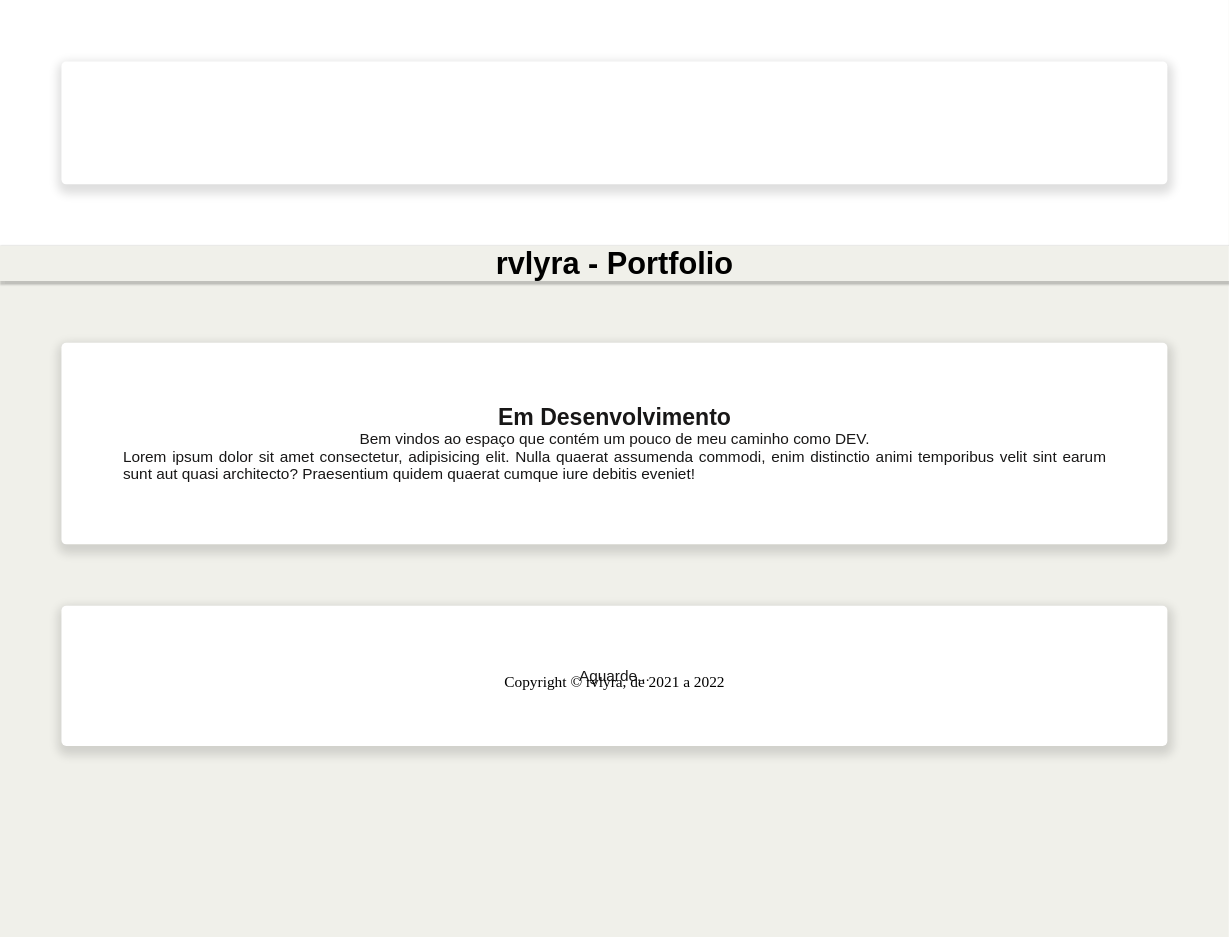
Repository: rvlyra/splash-screen-rvlyra
Page: Portfolio-RVLYRA/public/index.html
An editor plug-in stored every save of this project. The page is shown before and after the next save, followed by the edit.
The browser window is 1280 px wide. The pictures show the whole page, at 96% of full size.
Some web fonts or font styles are not loaded; a fallback is used.

Above is the page before, as saved 2022-07-06 09:45:21.

### Portfolio-RVLYRA/public/index.html
<!DOCTYPE html>
<html lang="en">
<head>
    <meta charset="UTF-8">
    <meta http-equiv="X-UA-Compatible" content="IE=edge">
    <meta name="viewport" content="width=device-width, initial-scale=1.0">
    <link rel="stylesheet" href="../assets/src/css/rl.main.css">
    <title>rvlyra @ Portfolio</title>
</head>
<body>
    <section></section>
    <main>

        <header class="header">
            <h1>rvlyra - Portfolio</h1>
        </header>

        <section class="sec-one">
            <h2>Em Desenvolvimento</h2>
            <p>Bem vindos ao espaço que contém um pouco de meu caminho como DEV.</p>
            <p>Lorem ipsum dolor sit amet consectetur, adipisicing elit. Nulla quaerat assumenda commodi, enim distinctio animi temporibus velit sint earum sunt aut quasi architecto? Praesentium quidem quaerat cumque iure debitis eveniet!</p>
        </section>
        <section>
            Aguarde...

        </section>



        <footer class="footer">
            <p>Copyright © rvlyra, de 2021 a <span id="ano"></span></p>
        </footer>

    </main>

      <script src="../assets/src/js/rl.main.js"></script>
</body>
</html>

### Portfolio-RVLYRA/assets/src/css/rl.main.css
@import url('https://fonts.googleapis.com/css2?family=Mingzat&display=swap');

* {
    margin: 0;
    padding: 0;
    box-sizing: border-box;
}

.header {
    font-family: 'Mingzat', sans-serif;
    display:flex;
    justify-content:center;
    align-items:center;
    box-shadow: 2px 2px 2px 2px rgba(0, 0, 0, 0.2);
}

main {
    background-color: rgb(240, 240, 234);
    width:100vw;
    height:100vh;
}

section {
    font-family: 'Mingzat', sans-serif;
    display:flex;
    justify-content:space-evenly;
    align-items:center;
    flex-direction: column;
    color: rgb(24, 23, 23);
    text-align: justify;
    margin: 5%;
    padding: 5%;
    border-radius: 5px;
    box-shadow: 1px 5px 10px 5px rgba(0, 0, 0, 0.13);

    background-color:rgb(255, 255, 255);

}

.footer {
    width: 100%;
    bottom: 0;
    position: fixed;
    text-align: center;
}

### Portfolio-RVLYRA/assets/src/js/rl.main.js
const ano = document.getElementById("ano");
const anoAtual = new Date();
ano.innerHTML = anoAtual.getFullYear();

After the next save:
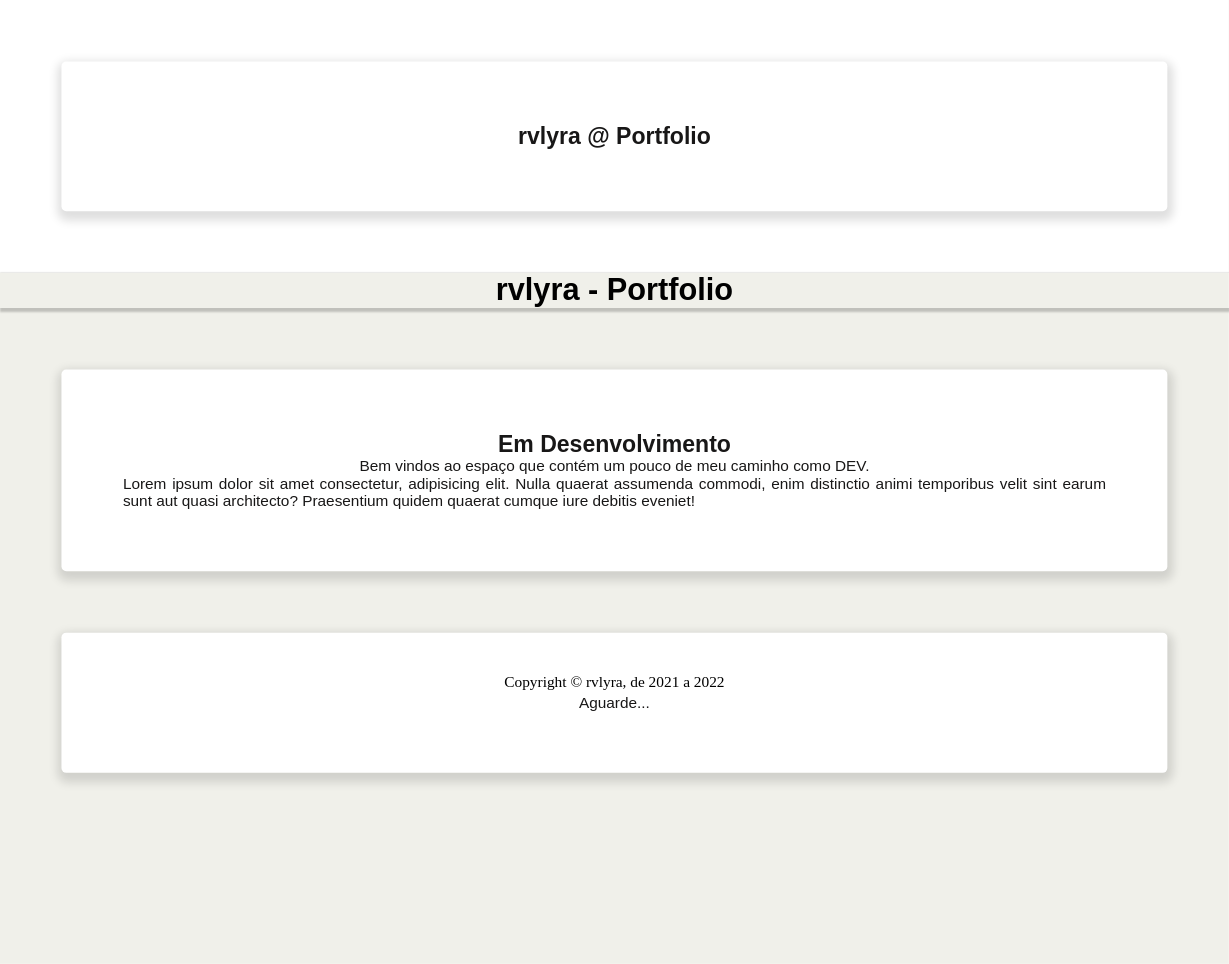
Saved 59 s later.
--- a/Portfolio-RVLYRA/public/index.html
+++ b/Portfolio-RVLYRA/public/index.html
@@ -8,7 +8,9 @@
     <title>rvlyra @ Portfolio</title>
 </head>
 <body>
-    <section></section>
+    <section class="splash">
+        <h1>rvlyra @ Portfolio</h1>
+    </section>
     <main>
 
         <header class="header">
